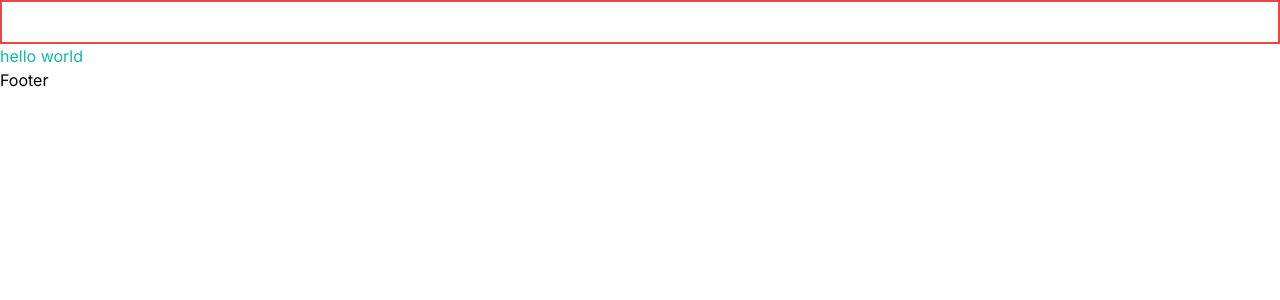
Repository: tarun4141/travel-app
Page: /
An editor plug-in stored every save of this project. The page is shown before and after a run of saves, followed by the edit.
The browser window is 1280 px wide. The pictures show the whole page.
The project was rebuilt for these pictures with package versions that can differ from the ones it lists, and the page was loaded fresh each time. The framework's server and built-in components were replaced by stand-ins that run in the browser. Also part of the build but not shown: next.config.mjs.

Above is the page before, as saved 2024-06-23 01:20:31.

After the next 4 saves:
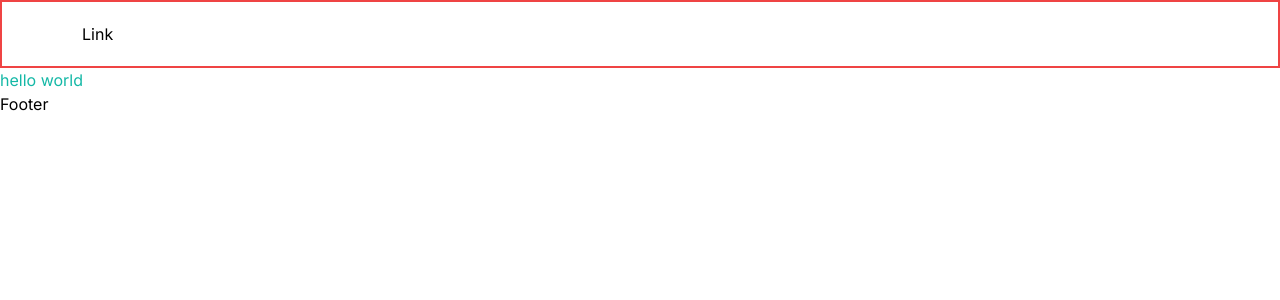
The 4 saves are shown as one change because they came seconds apart.
The last was saved 27 s later.
--- a/components/Navbar.tsx
+++ b/components/Navbar.tsx
@@ -7,7 +7,7 @@ const Navbar = () => {
   flexBetween max-container
   padding-container
   relative z-30 py-5 '>
-
+   Link
 
    </nav>
   )
